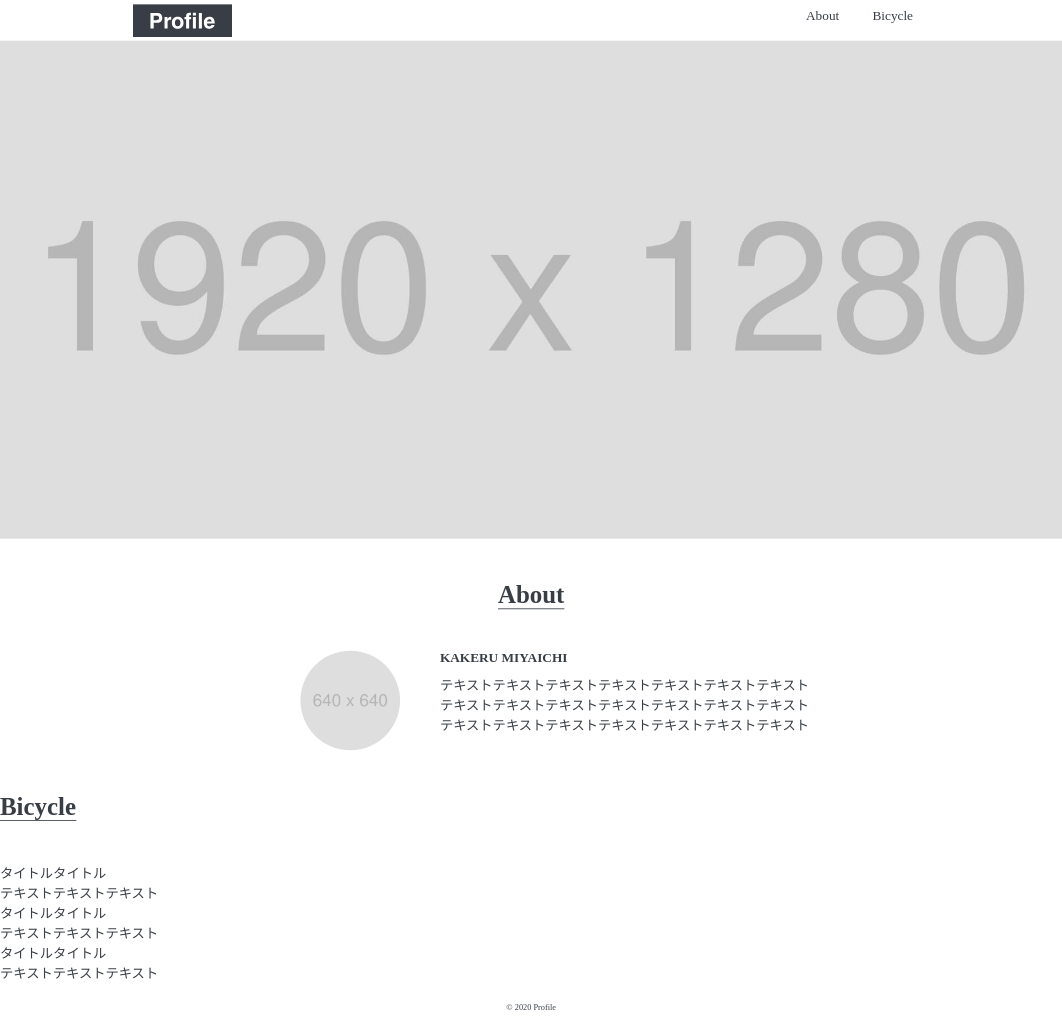
Repository: n19880405nick/challenge
Page: Codestep/Profile/profile.html
The author's editor kept a record of every edit. The page is drawn from the files as they stood at one moment, then again after the next edit.
The browser window is 1280 px wide. The pictures show the whole page, at 83% of full size.

Above is the page before.

### Codestep/Profile/profile.html
<!DOCTYPE html>
  <html lang="ja">
    <head>
      <meta charset="utf-8">
      <meta name="viewport" content="width=device-width, initial-scale=1.0">
      <title>Profile</title>
      <link rel="stylesheet" href="profile.css">
    </head>

    <body>
      <header>
        <nav>
          <a href=""><img class="logo" src="img/logo.svg"></a>
          <ul class="nav-list">
            <li class="nav-list-item"><a href="#about" class="nav-link">About</a></li>
            <li class="nav-list-item"><a href="#bicycle" class="nav-link">Bicycle</a></li>
          </ul>
        </nav>
      </header>

      <main>
        <div class="main-visual"></div>

        <div id="about">
          <div class="title">
            <span class="title-text"><strong>About</strong></span>
          </div>
          <div class="about-contents">
            <div class="my-image-frame">
              <div class="my-image"></div>
            </div>
            <div class="introduction">
              <span class="name"><strong>KAKERU MIYAICHI</strong></span><br>
              <p class="my-text">
                テキストテキストテキストテキストテキストテキストテキスト
                テキストテキストテキストテキストテキストテキストテキスト
                テキストテキストテキストテキストテキストテキストテキスト
              </p>
            </div>
          </div>
        </div>

        <div id="bycycle">
          <div class="title">
            <span class="title-text"><strong>Bicycle</strong></span>
          </div>
          <div class="bycycle-contents">
            <div class="bycycle-content">
              <div class="bycycle-image"></div>
              <span class="bycycle-title">タイトルタイトル</span>
              <p class="bycycle-text">テキストテキストテキスト</p>
            </div>
            <div class="bycycle-content">
              <div class="bycycle-image"></div>
              <span class="bycycle-title">タイトルタイトル</span>
              <p class="bycycle-text">テキストテキストテキスト</p>
            </div>
            <div class="bycycle-content">
              <div class="bycycle-image"></div>
              <span class="bycycle-title">タイトルタイトル</span>
              <p class="bycycle-text">テキストテキストテキスト</p>
            </div>
          </div>
        </div>

      </main>

      <footer>
        <span class="copyrights">© 2020 Profile</span>
      </footer>
    </body>
  </html>

### Codestep/Profile/profile.css
*{
  margin: 0;
  padding: 0;
  box-sizing: border-box;
}

body{
  color: #383e45;
}

header, footer,
#about, #bicycle{
  width: 960px;
  margin : 0 auto;
}

nav{
  display: flex;
}

.logo{
  margin-top: 5px;
  height: 40px;
}

.nav-list{
  margin-left: auto;
  list-style: none;
  display: flex;
}

.nav-list-item{
  margin: 0 20px;
  padding: 10px 0;
  font-size: 16px;
}

.nav-link{
  color: #383e45;
  text-decoration: none;
}

.main-visual{
  background-image: url("img/mainvisual.jpg");
  width: 100%;
  height: 600px;
  background-size: cover;
  background-position: center;
}

#about, #bicycle{
  padding: 4%;
  display: flex;
  flex-direction: column;
  align-items: center;
}

.title{
  margin-bottom: 50px;
}

.title-text{
  font-size: 30px;
  border-bottom: solid 1px #383e45;
}

.about-contents, .bicycle-contents{
  display: flex;
}

.my-image-frame{
  width: 240px;
  margin-left: auto;
}

.my-image{
  background-image: url("img/about.jpg");
  background-size: cover;
  background-position: center;
  width: 120px;
  height: 120px;
  border-radius: 50%;
  margin-left: 30%;
}

.introduction{
  width: 460px;
}

.my-text{
  margin-top: 10px;
}

.bicycle-content{
  text-align: center;
}

.bicycle-content:nth-child(2){
  margin: 0 10px;
}

.bicycle-image{
  width: 300px;
  height: 200px;
  background-size: cover;
  background-position: center;
  margin-bottom: 10px;
}

.bicycle-image:nth-child(1){
  background-image: url("img/bicycle1.jpg");
}

.bicycle-image:nth-child(2){
  background-image: url("img/bicycle2.jpg");
}

.bicycle-image:nth-child(3){
  background-image: url("img/bicycle3.jpg");
}

.bicycle-text{
  margin-top: 10px;
}

footer{
	width: 100%;
	height: 60px;
	display: flex;
	justify-content: center;
	align-items: center;
}

.copyrights{
	font-size: 10px;
}

@media screen and (max-width: 600px){

  header, footer,
  #about, #bicycle{
  width: 960px;
  margin : 0 auto;
}
}

After the next edit:
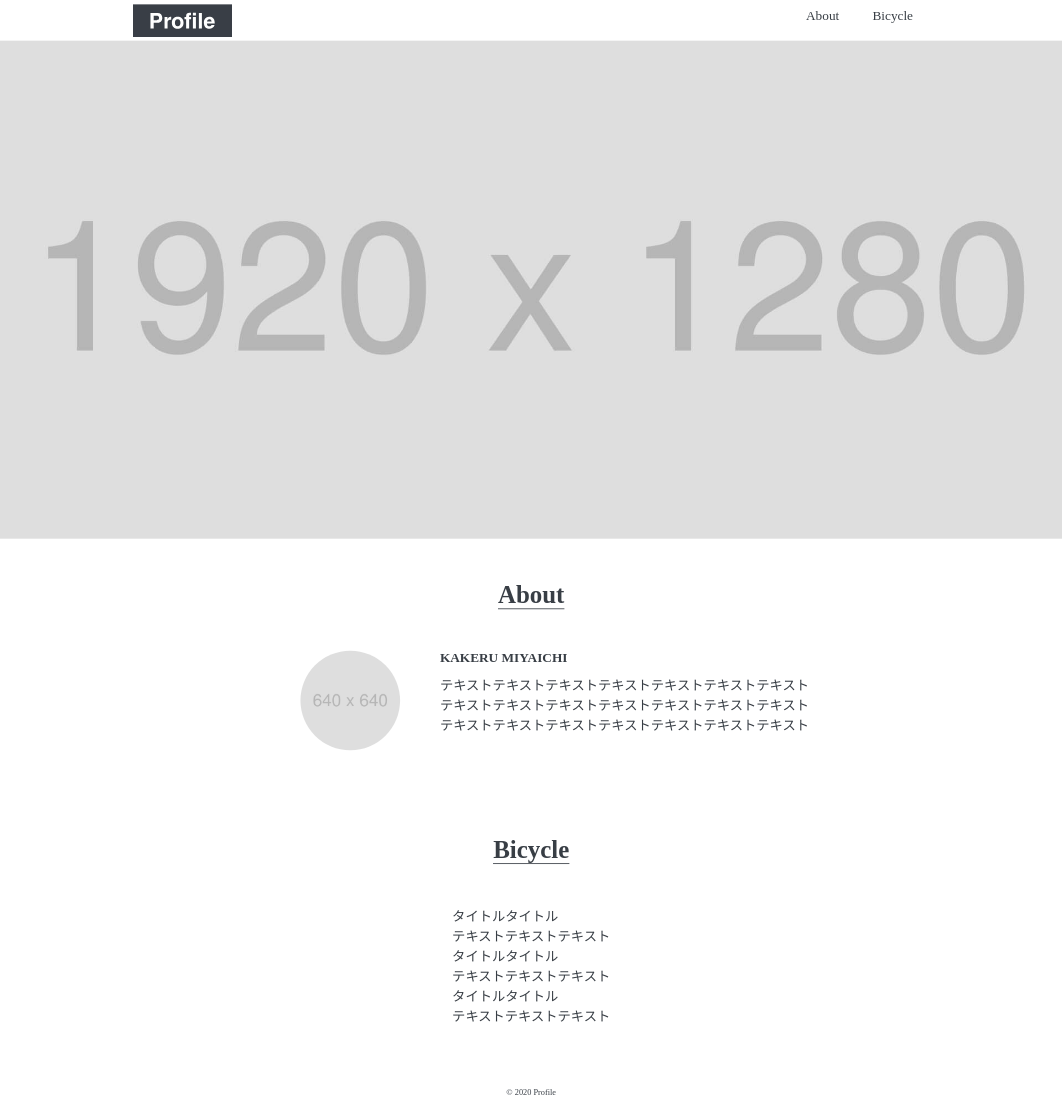
The edit:
--- a/Codestep/Profile/profile.html
+++ b/Codestep/Profile/profile.html
@@ -40,7 +40,7 @@
           </div>
         </div>
 
-        <div id="bycycle">
+        <div id="bicycle">
           <div class="title">
             <span class="title-text"><strong>Bicycle</strong></span>
           </div>
